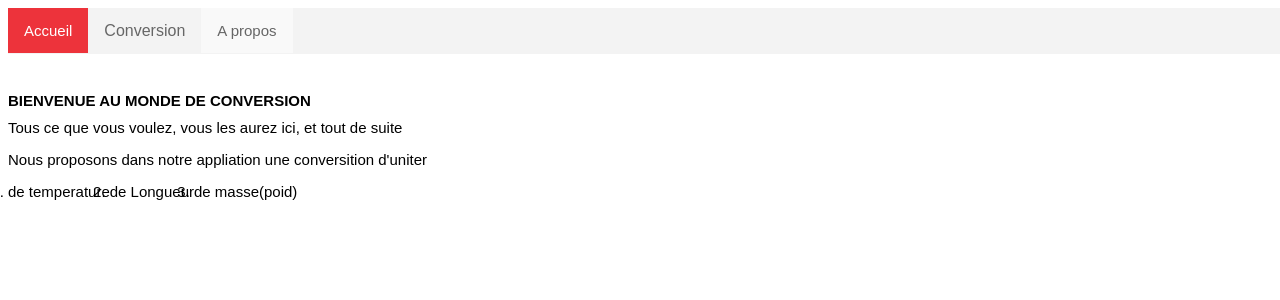
Repository: Santatrasoa/six
Page: Conversion/Conversion/src/main/webapp/index.html
These files come from the project's save history. The page is drawn as it stood at one moment and after the next save; the edit follows.
The browser window is 1280 px wide. The pictures show the whole page.

Above is the page before, as saved 2024-04-10 10:26:12.

After the next save:
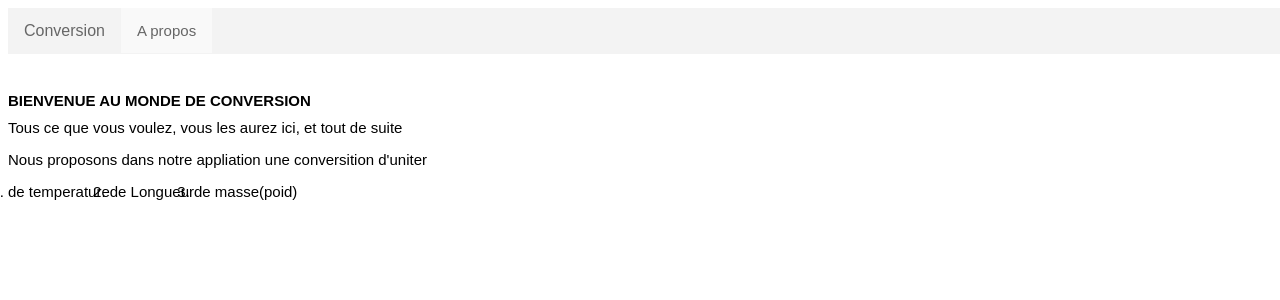
Saved 44 s later.
--- a/Conversion/Conversion/src/main/webapp/index.html
+++ b/Conversion/Conversion/src/main/webapp/index.html
@@ -11,7 +11,6 @@
 
 <body>
 	<ul>
-		<li><a class="active" href="index.html">Accueil</a></li>
 		<li class="notHidden">
 			<div class="dropdown">
 				<button class="dropbtn">Conversion</button>
